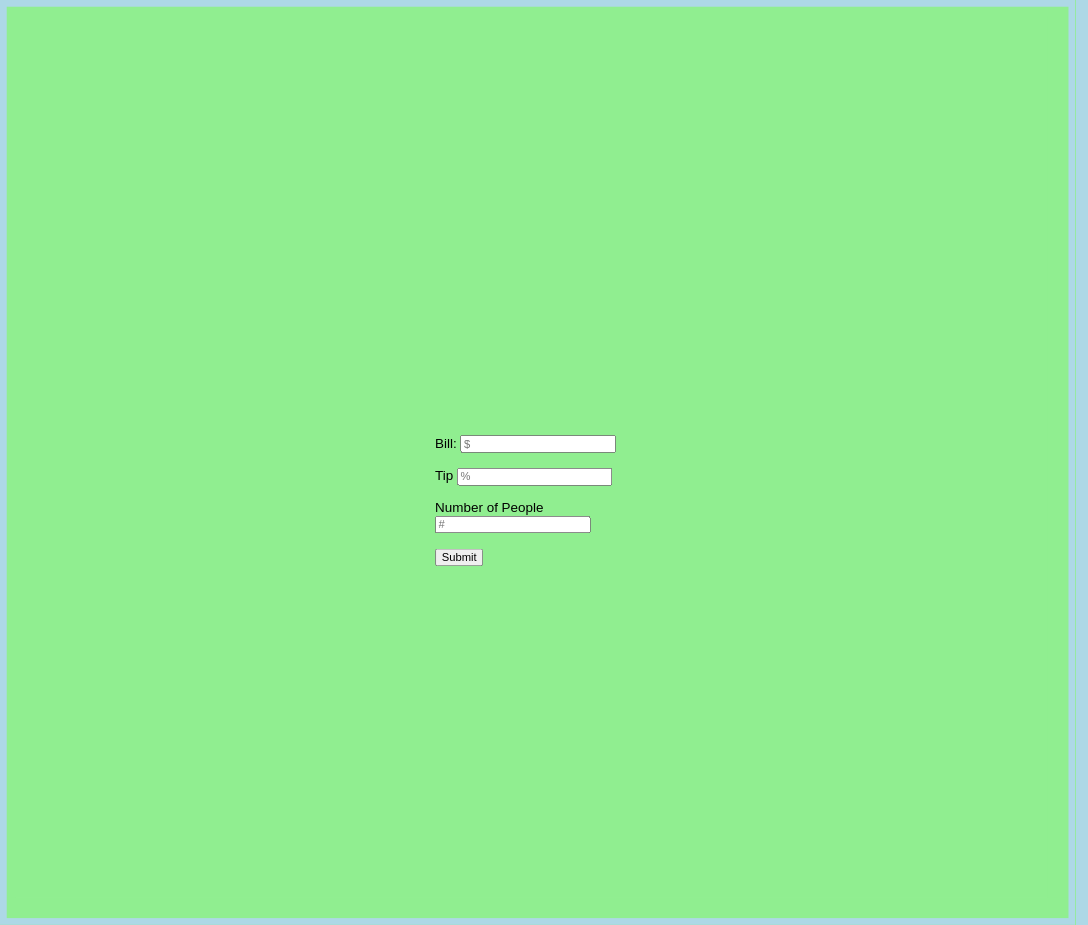
Repository: SamirIngley/Tip-Calculator
Page: tip_display.html
The author's editor kept a copy of each file at every save. The page is drawn from the files as they stood at one save, then again after the next save.
The browser window is 1280 px wide. The page is 1280 px wide, then 1295 px, so the pictures cover 1295 px, including what lies to the right of the window. The pictures show the whole page, at 84% of full size.

Above is the page before, as saved 2020-02-13 08:02:34.

### tip_display.html
<!DOCTYPE html>
<html lang="en">
<head>
    <meta charset="UTF-8">
    <meta name="viewport" content="width=device-width, initial-scale=1.0">
    <meta http-equiv="X-UA-Compatible" content="ie=edge">
    <link href="style.css" rel="stylesheet">
    <title>Tip Calculator</title>
</head>
<body>

    <div class="main-content">
        <div>
        <form id='form' class='form'>
            <div>
                <label>Bill:</label>
                <input id='bill' type="number" name="bill" placeholder="$">
            </div>
            <br>
            <div>
                <label>Tip</label>
                <input id='tip' type="number" name="tip" placeholder="%">
            </div>
            <br>
            <div>
                <label>Number of People</label>
                <input id='numppl' type="number" name="numppl" placeholder="#">
            </div>
            <br>
            <div>
                <input type="submit" name="submit" value="Submit">
            </div>
        </form>


        </div>

        <p id='tip-display'>
        </p>

        <p id='total-display'>
        </p>

        <p id='total-pp-display'>
        </p>

    </div>



    <script>

        const inputBill = document.getElementById('bill')
        const inputTip = document.getElementById('tip')
        const inputNumppl = document.getElementById('numppl')
        const form = document.getElementById('form')
        const displayTip = document.getElementById('tip-display')
        const displayTotal = document.getElementById('total-display')
        const displayTotalPP = document.getElementById('total-pp-display')


        function calculateTip() {

            const bill = parseInt(inputBill.value)
            const people = inputNumppl.value
            const percent = inputTip.value
            const tip = bill * percent / 100
            const total = bill + tip
            const totalPP = total / people
            console.log(bill)
            console.log(percent)
            console.log(total)
            console.log(tip)
            console.log(people)
            console.log(totalPP)

            displayTip.innerHTML = `Tip: $${tip.toFixed(2)}`
            displayTotal.innerHTML = `Total: $${total.toFixed(2)}`
            displayTotalPP.innerHTML = `Per Person: $${totalPP.toFixed(2)}`
        }



        form.addEventListener("submit", function(e) {
            e.preventDefault()
            calculateTip()
        })

        // inputBill.addEventListnener('change', function(e) {
        //     console.log(inputBill.value)
        //     const newBillAMount = parseFloat(e.target.value)

        // })

    </script>



</body>
</html>

### style.css
body {
    background-color: lightblue;
}

div.main-content {
    background-color: lightgreen;
    display: grid;
    grid-gap: 5px;
    grid-template-columns: (4, 1fr);
    grid-template-rows: (4, 1fr);
    grid-template-areas: ". . . ."
                         ". . . ."
                         ". . . ."
                         ". . . ."

}


.main-content>div {
    display: flex;
    background-color: lightgreen;
    font-family: Arial, Helvetica, sans-serif;
    margin: 10px;
    border: 10px;
    padding: 500px;
    height: 50px;
}

.form>{
    background-color: lightcoral;


}

After the next save:
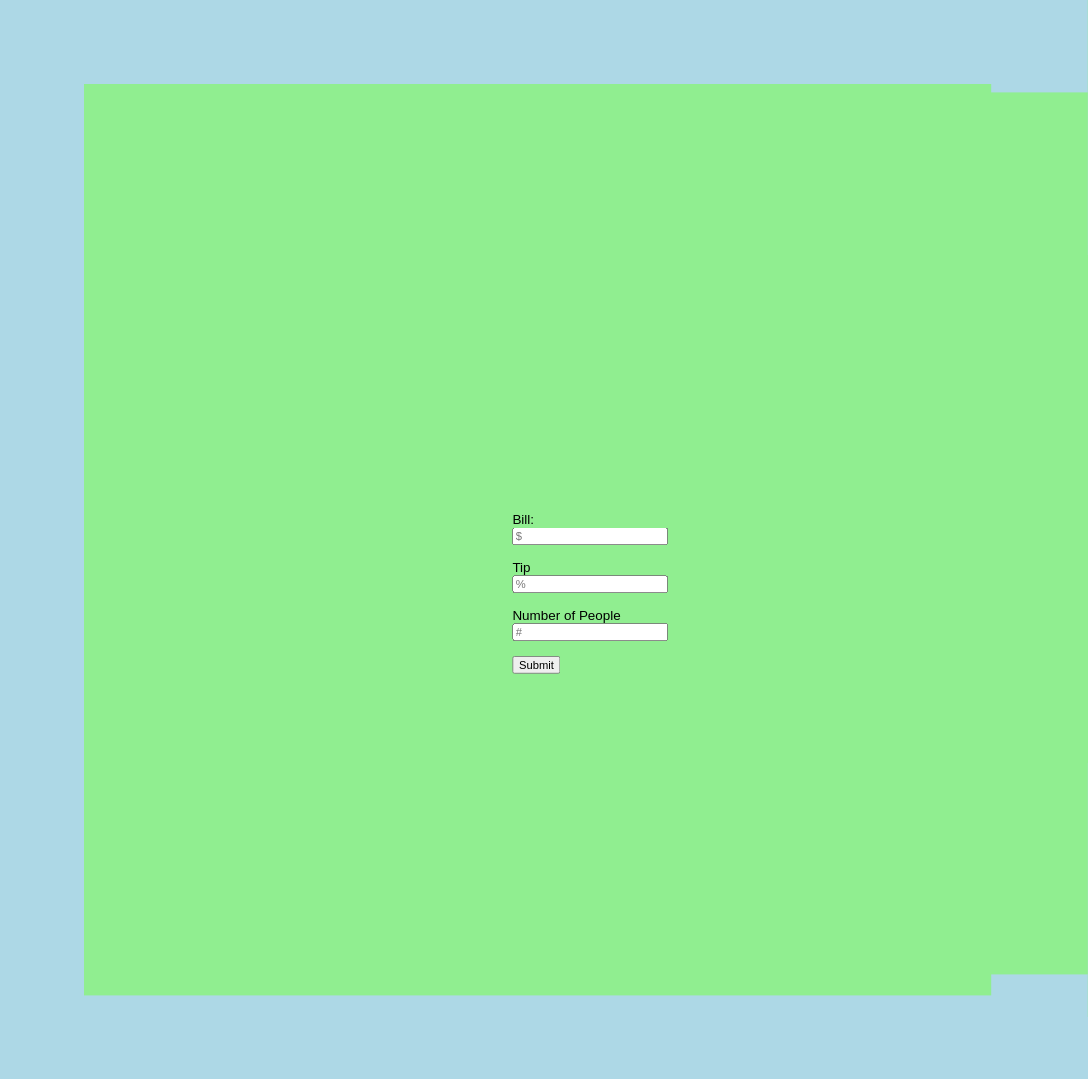
Saved 25 s later.
--- a/style.css
+++ b/style.css
@@ -1,5 +1,6 @@
 body {
     background-color: lightblue;
+    margin: 100px;
 }
 
 div.main-content {
